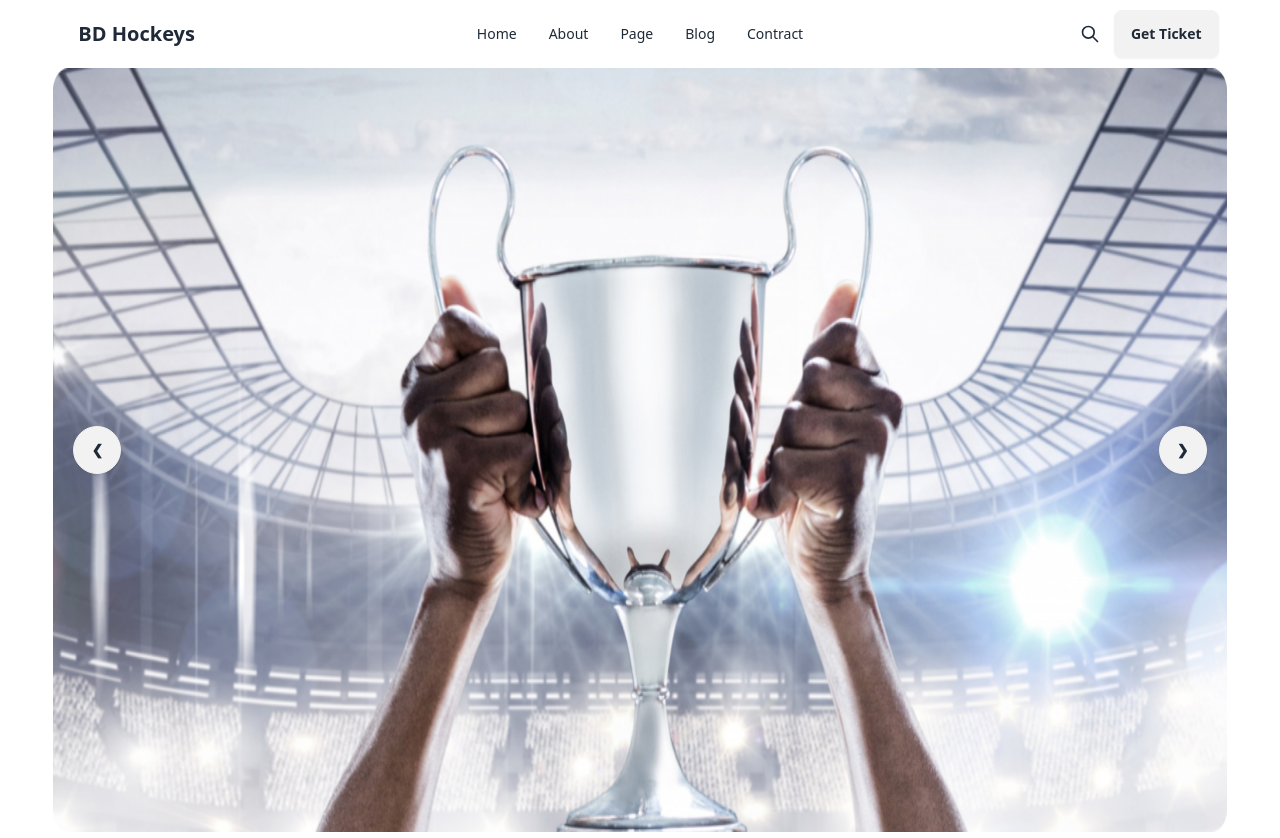
Repository: sumonkumarsarkar/bd-hockeys-team
Page: index.html
An editor plug-in stored every save of this project. The page is shown before and after the next save, followed by the edit.
The browser window is 1280 px wide. The pictures show the whole page.
Some web libraries are served in a nearby version.

Above is the page before, as saved 2024-01-23 11:10:42.

After the next save:
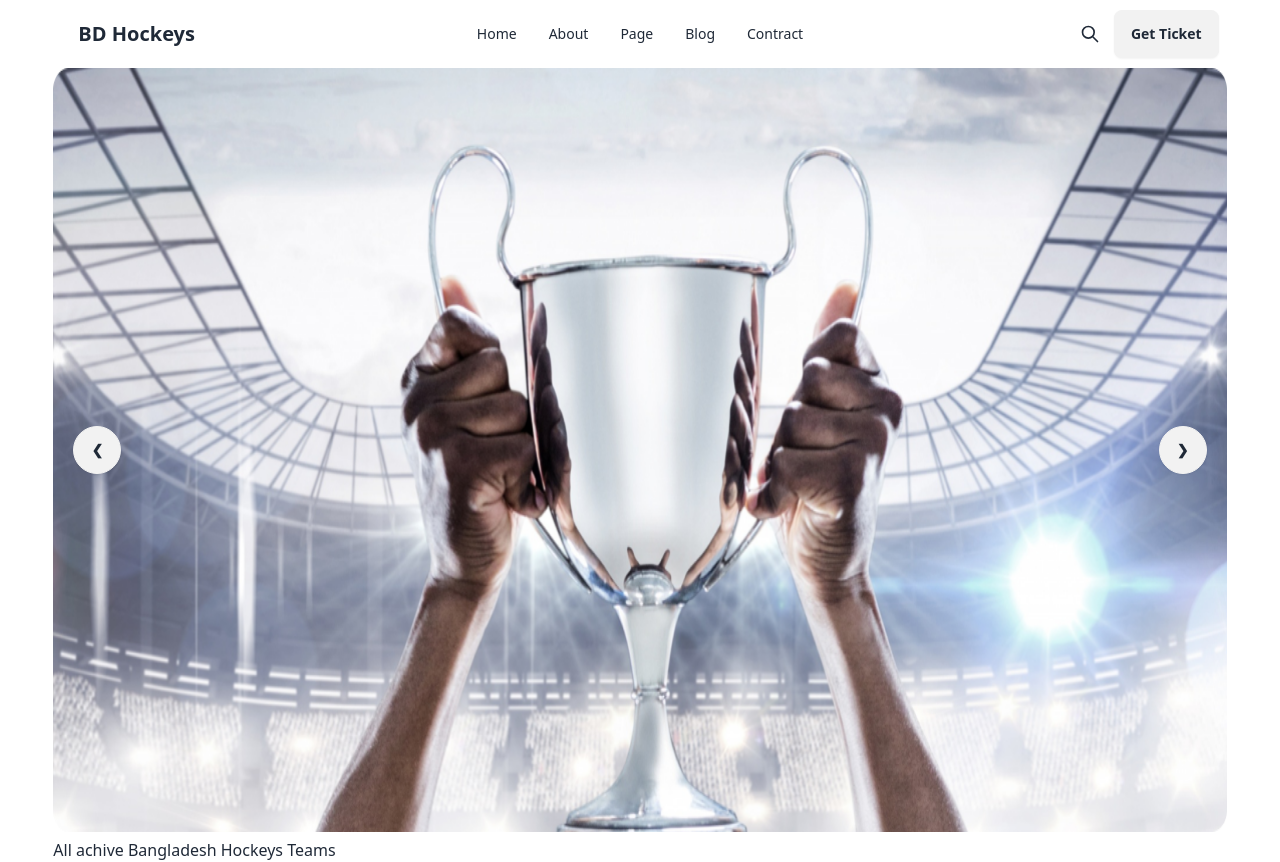
Saved 115 s later.
--- a/index.html
+++ b/index.html
@@ -84,7 +84,9 @@
             </div>
           </div>
     </div>
-
+    <div>
+        <h2>All achive Bangladesh Hockeys Teams</h2>
+    </div>
 
    </div>
 
